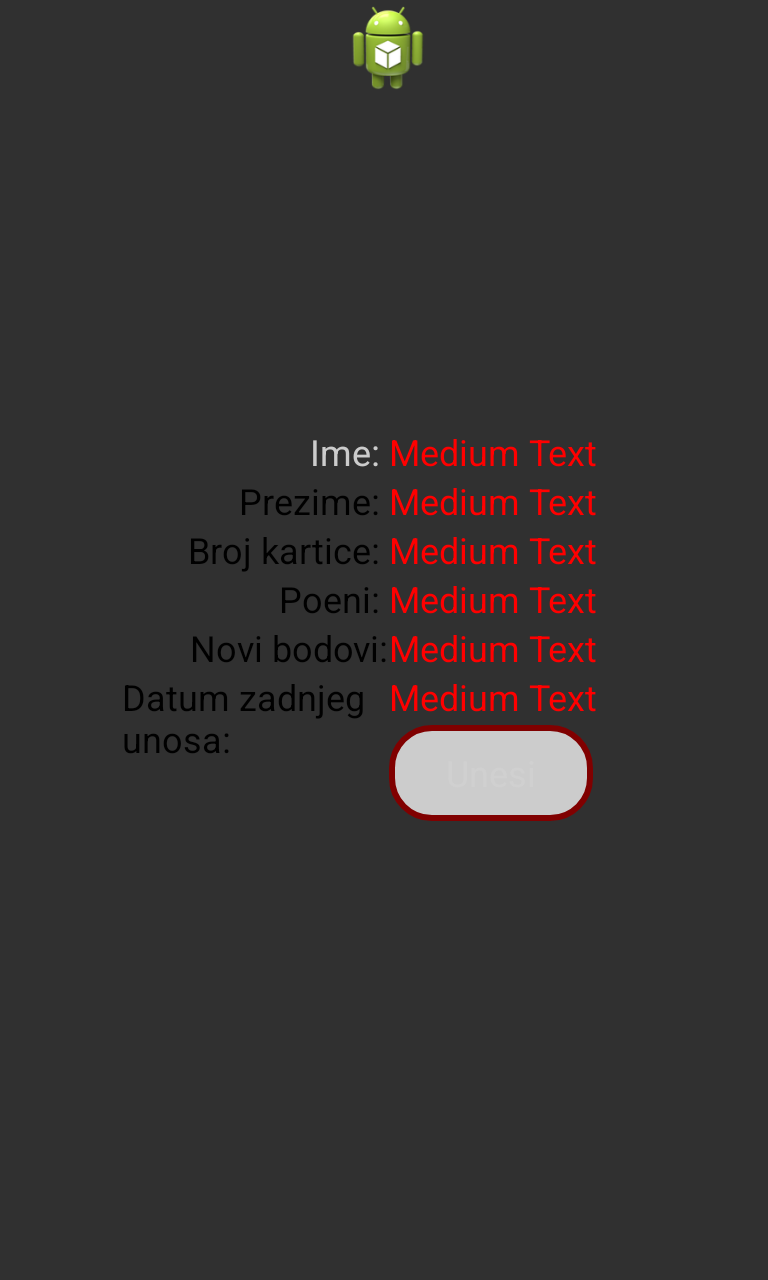
Repository: dzenisahusic/AndroidApp
Layout: Edit2014Sales/res/layout/activity_nfccard.xml
The author's editor kept a copy of each file at every save. The layout is drawn from the files as they stood at one save, then again after the next save.
It is drawn on a 768 x 1280 px phone screen (xhdpi) without system bars, with theme AppTheme; the app's code is not run.

Above is the layout before, as saved 2014-07-15 18:00:14.

### Edit2014Sales/res/layout/activity_nfccard.xml
<LinearLayout xmlns:android="http://schemas.android.com/apk/res/android"
    xmlns:tools="http://schemas.android.com/tools"
    android:id="@+id/LinearLayout1"
    android:layout_width="match_parent"
    android:layout_height="match_parent"
    tools:context="${relativePackage}.${activityClass}"
    android:weightSum="1"
    android:background="#303030" >

    <LinearLayout
        android:layout_width="61dp"
        android:layout_height="fill_parent"
        android:orientation="horizontal" >
        <TextView
        android:id="@+id/textView_explanation"
        android:layout_width="wrap_content"
        android:layout_height="wrap_content"

       />
    </LinearLayout>

    <LinearLayout
        android:layout_width="fill_parent"
        android:layout_height="fill_parent"
        android:layout_weight="0.8"
        android:orientation="vertical" >

        <RelativeLayout
            android:layout_width="fill_parent"
            android:layout_height="fill_parent"
            android:layout_weight="0.66" >

            <ImageView
                android:id="@+id/imageView1"
                android:layout_width="wrap_content"
                android:layout_height="wrap_content"
                android:layout_alignParentTop="true"
                android:layout_centerHorizontal="true"
                android:src="@drawable/ic_launcher" />

        </RelativeLayout>

            <LinearLayout
                android:layout_width="fill_parent"
                android:layout_height="fill_parent"
                android:layout_weight="0.33"
                android:orientation="horizontal" >

                <LinearLayout
                        android:layout_width="fill_parent"
                        android:layout_height="fill_parent"
                        android:layout_weight="1"
                        android:orientation="vertical" >

                    <TextView
                        android:id="@+id/textView1"
                        android:layout_width="wrap_content"
                        android:layout_height="wrap_content"
                        android:text="Ime: "
                        android:textAppearance="?android:attr/textAppearanceMedium"
                               android:layout_gravity="right"
                               android:textColor="#CCCCCC"/>

                    <TextView
                        android:id="@+id/textView2"
                        android:layout_width="wrap_content"
                        android:layout_height="wrap_content"
                        android:text="Prezime: "
                        android:textAppearance="?android:attr/textAppearanceMedium"
                        android:layout_gravity="right"/>

                    <TextView
                        android:id="@+id/textView3"
                        android:layout_width="wrap_content"
                        android:layout_height="wrap_content"
                        android:text="Broj kartice: "
                        android:textAppearance="?android:attr/textAppearanceMedium"
                        android:layout_gravity="right"/>

                    <TextView
                        android:id="@+id/textView4"
                        android:layout_width="wrap_content"
                        android:layout_height="wrap_content"
                        android:text="Poeni: "
                        android:textAppearance="?android:attr/textAppearanceMedium"
                        android:layout_gravity="right"/>

                    <TextView
                        android:id="@+id/textView5"
                        android:layout_width="wrap_content"
                        android:layout_height="wrap_content"
                        android:layout_gravity="right"
                        android:text="Novi bodovi:"
                        android:textAppearance="?android:attr/textAppearanceMedium" />

                    <TextView
                        android:id="@+id/textView6"
                        android:layout_width="wrap_content"
                        android:layout_height="wrap_content"
                        android:text="Datum zadnjeg unosa: "
                        android:textAppearance="?android:attr/textAppearanceMedium"
                        android:layout_gravity="right"/>

                    </LinearLayout>

                <LinearLayout
                    android:layout_width="fill_parent"
                    android:layout_height="fill_parent"
                    android:layout_weight="1"
                    android:orientation="vertical" >

                    <TextView
                        android:id="@+id/ime"
                        android:layout_width="wrap_content"
                        android:layout_height="wrap_content"
                        android:text="Medium Text"
                        android:textAppearance="?android:attr/textAppearanceMedium"
                        android:textColor="#FF0000" />

                    <TextView
                        android:id="@+id/prezime"
                        android:layout_width="wrap_content"
                        android:layout_height="wrap_content"
                        android:text="Medium Text"
                        android:textAppearance="?android:attr/textAppearanceMedium"
                        android:textColor="#FF0000" />

                    <TextView
                        android:id="@+id/brojKartice"
                        android:layout_width="wrap_content"
                        android:layout_height="wrap_content"
                        android:text="Medium Text"
                        android:textAppearance="?android:attr/textAppearanceMedium"
                        android:textColor="#FF0000" />

                    <TextView
                        android:id="@+id/poeni"
                        android:layout_width="wrap_content"
                        android:layout_height="wrap_content"
                        android:text="Medium Text"
                        android:textAppearance="?android:attr/textAppearanceMedium"
                        android:textColor="#FF0000" />

                    <TextView
                        android:id="@+id/tnovi"
                        android:layout_width="wrap_content"
                        android:layout_height="wrap_content"
                        android:text="Medium Text"
                         android:textColor="#FF0000"
                        android:textAppearance="?android:attr/textAppearanceMedium" />

                    <TextView
                        android:id="@+id/tdatum"
                        android:layout_width="wrap_content"
                        android:layout_height="wrap_content"
                        android:text="Medium Text"
                        android:textAppearance="?android:attr/textAppearanceMedium"
                        android:textColor="#FF0000" />

                    <Button
                        android:id="@+id/unesi"
                        android:layout_width="102dp"
                        android:layout_height="wrap_content"
                        android:layout_marginTop="2dp"
                        android:background="@drawable/rounded_corner_top"
                        android:text="Unesi"
                        android:textColor="#D0D0D0" />

                </LinearLayout>

            </LinearLayout>

    </LinearLayout>

    <LinearLayout
        android:layout_width="86dp"
        android:layout_height="fill_parent"
        android:orientation="horizontal" >
    </LinearLayout>

</LinearLayout>

### Edit2014Sales/res/values/styles.xml
<resources>

    <!--
        Base application theme, dependent on API level. This theme is replaced
        by AppBaseTheme from res/values-vXX/styles.xml on newer devices.
    -->
    <style name="AppBaseTheme" parent="android:Theme.Light">
        <!--
            Theme customizations available in newer API levels can go in
            res/values-vXX/styles.xml, while customizations related to
            backward-compatibility can go here.
        -->
    </style>

    <!-- Application theme. -->
    <style name="AppTheme" parent="AppBaseTheme">
        <!-- All customizations that are NOT specific to a particular API-level can go here. -->
    </style>
 <style name="Animations" />

    <style name="Animations.PopDownMenu" />

    <style name="Animations.PopDownMenu.Left">
        <item name="@android:windowEnterAnimation">@anim/grow_from_topleft_to_bottomright</item>
        <item name="@android:windowExitAnimation">@anim/shrink_from_bottomright_to_topleft</item>
    </style>


    <style name="Animations.PopUpMenu" />

    <style name="Animations.PopUpMenu.Left">
        <item name="@android:windowEnterAnimation">@anim/grow_from_bottomleft_to_topright</item>
        <item name="@android:windowExitAnimation">@anim/shrink_from_topright_to_bottomleft</item>
    </style>
</resources>

### Edit2014Sales/res/drawable-hdpi/rounded_corner_top.xml
<?xml version="1.0" encoding="UTF-8"?>

  <shape xmlns:android="http://schemas.android.com/apk/res/android" android:shape="rectangle">
  <corners android:radius="20dp"/>
  <solid android:color="#CCCCCC"/>
  <stroke
        android:width="3dp"
        android:color="#800000" >
    </stroke>
</shape>

Loaded but not shown: Edit2014Sales/res/values-v11/styles.xml (common file); Edit2014Sales/res/values-v14/styles.xml (common file)

After the next save:
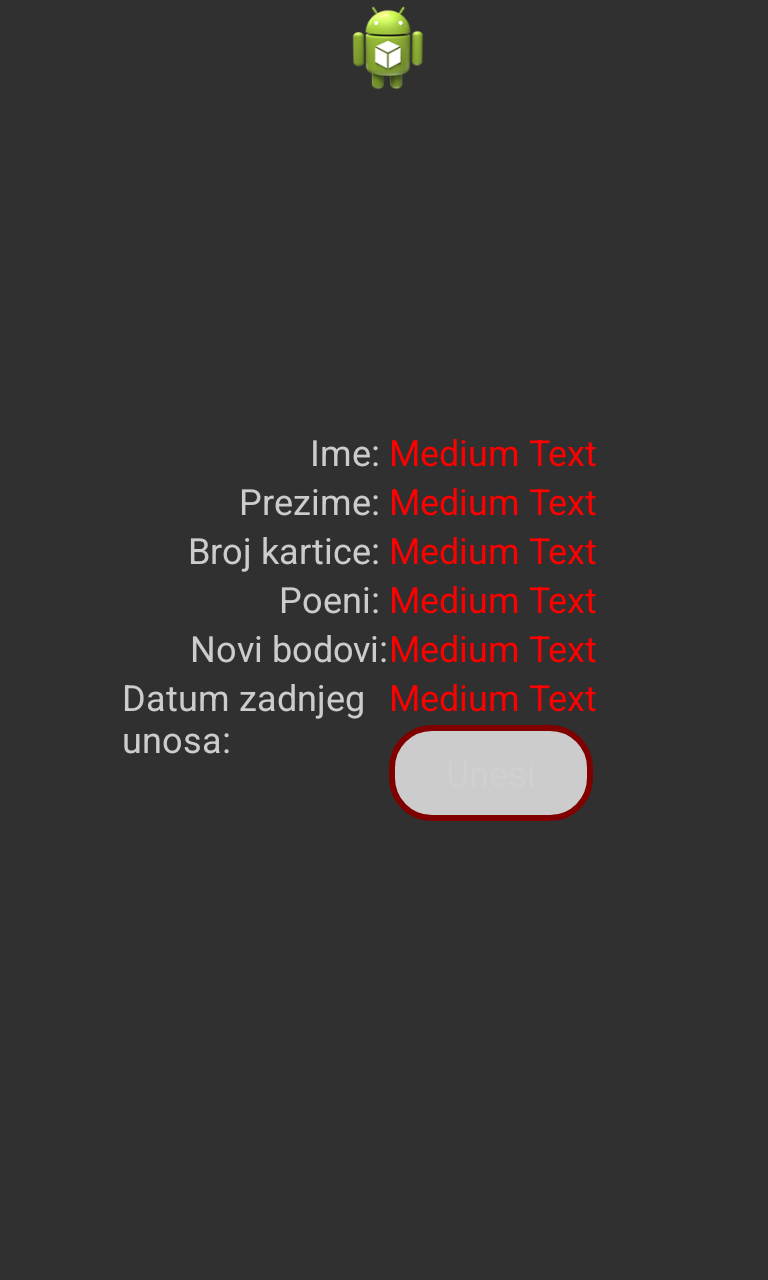
Saved 89 s later.
--- a/Edit2014Sales/res/layout/activity_nfccard.xml
+++ b/Edit2014Sales/res/layout/activity_nfccard.xml
@@ -67,7 +67,8 @@
                         android:layout_height="wrap_content"
                         android:text="Prezime: "
                         android:textAppearance="?android:attr/textAppearanceMedium"
-                        android:layout_gravity="right"/>
+                        android:layout_gravity="right"
+                        android:textColor="#CCCCCC"/>
 
                     <TextView
                         android:id="@+id/textView3"
@@ -75,7 +76,8 @@
                         android:layout_height="wrap_content"
                         android:text="Broj kartice: "
                         android:textAppearance="?android:attr/textAppearanceMedium"
-                        android:layout_gravity="right"/>
+                        android:layout_gravity="right"
+                        android:textColor="#CCCCCC"/>
 
                     <TextView
                         android:id="@+id/textView4"
@@ -83,7 +85,8 @@
                         android:layout_height="wrap_content"
                         android:text="Poeni: "
                         android:textAppearance="?android:attr/textAppearanceMedium"
-                        android:layout_gravity="right"/>
+                        android:layout_gravity="right"
+                        android:textColor="#CCCCCC"/>
 
                     <TextView
                         android:id="@+id/textView5"
@@ -91,7 +94,8 @@
                         android:layout_height="wrap_content"
                         android:layout_gravity="right"
                         android:text="Novi bodovi:"
-                        android:textAppearance="?android:attr/textAppearanceMedium" />
+                        android:textAppearance="?android:attr/textAppearanceMedium"
+                        android:textColor="#CCCCCC"/>
 
                     <TextView
                         android:id="@+id/textView6"
@@ -99,7 +103,8 @@
                         android:layout_height="wrap_content"
                         android:text="Datum zadnjeg unosa: "
                         android:textAppearance="?android:attr/textAppearanceMedium"
-                        android:layout_gravity="right"/>
+                        android:layout_gravity="right"
+                        android:textColor="#CCCCCC"/>
 
                     </LinearLayout>
 
